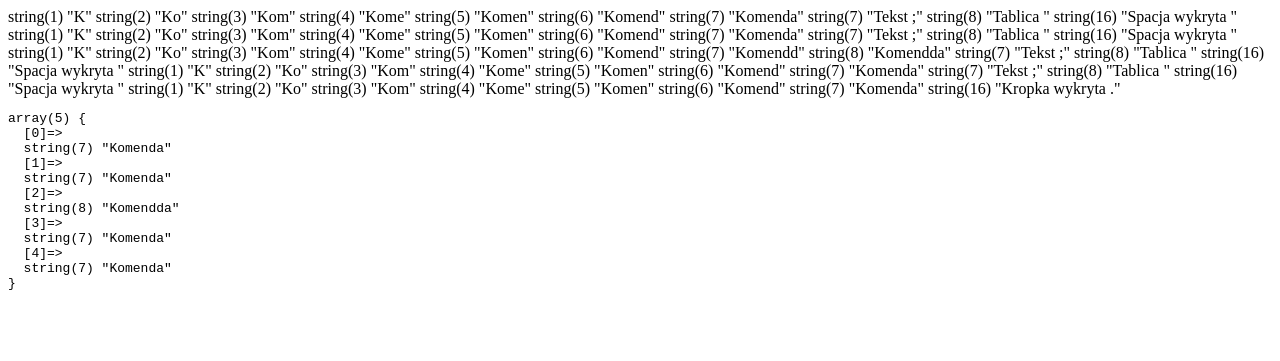
Repository: mahoone/revising_php
Page: http://localhost/Config.php
These files come from the project's save history. The page is drawn as it stood at one moment and after the next save; the edit follows.
The browser window is 1280 px wide. The pictures show the whole page.
The page is run by PHP 8.4 with error messages shown; the project is at /var/www/html/.

Above is the page before, as saved 2020-06-01 22:12:15.

After the next save:
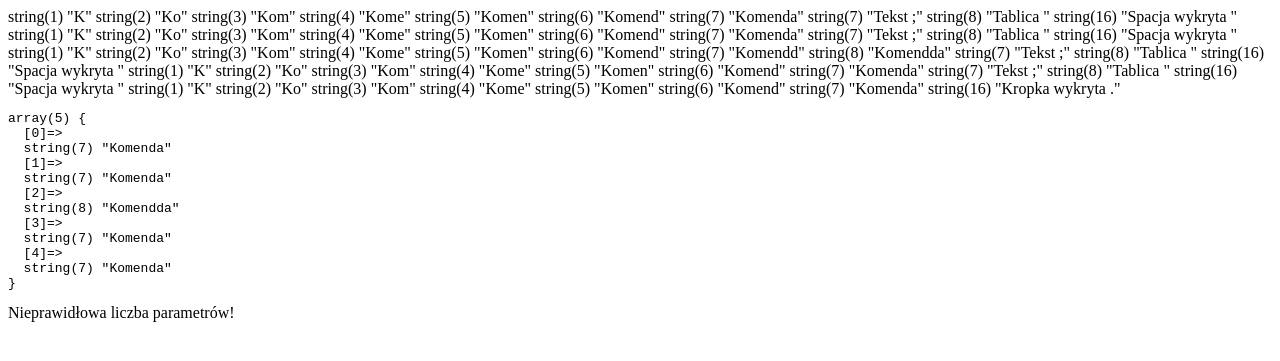
Saved 34 h 14 min later.
--- a/Config.php
+++ b/Config.php
@@ -29,3 +29,13 @@ for($i = 0; $i < strlen($tekst); $i++)
 echo '<pre>';
 var_dump($tablica);
 echo '</pre>';
+
+
+if(count($_GET) == 2)
+{
+   echo 'Witaj, '.$_GET['imie'].' '.$_GET['nazwisko'].'!';
+}
+else
+{
+   echo 'Nieprawidłowa liczba parametrów!';
+}
